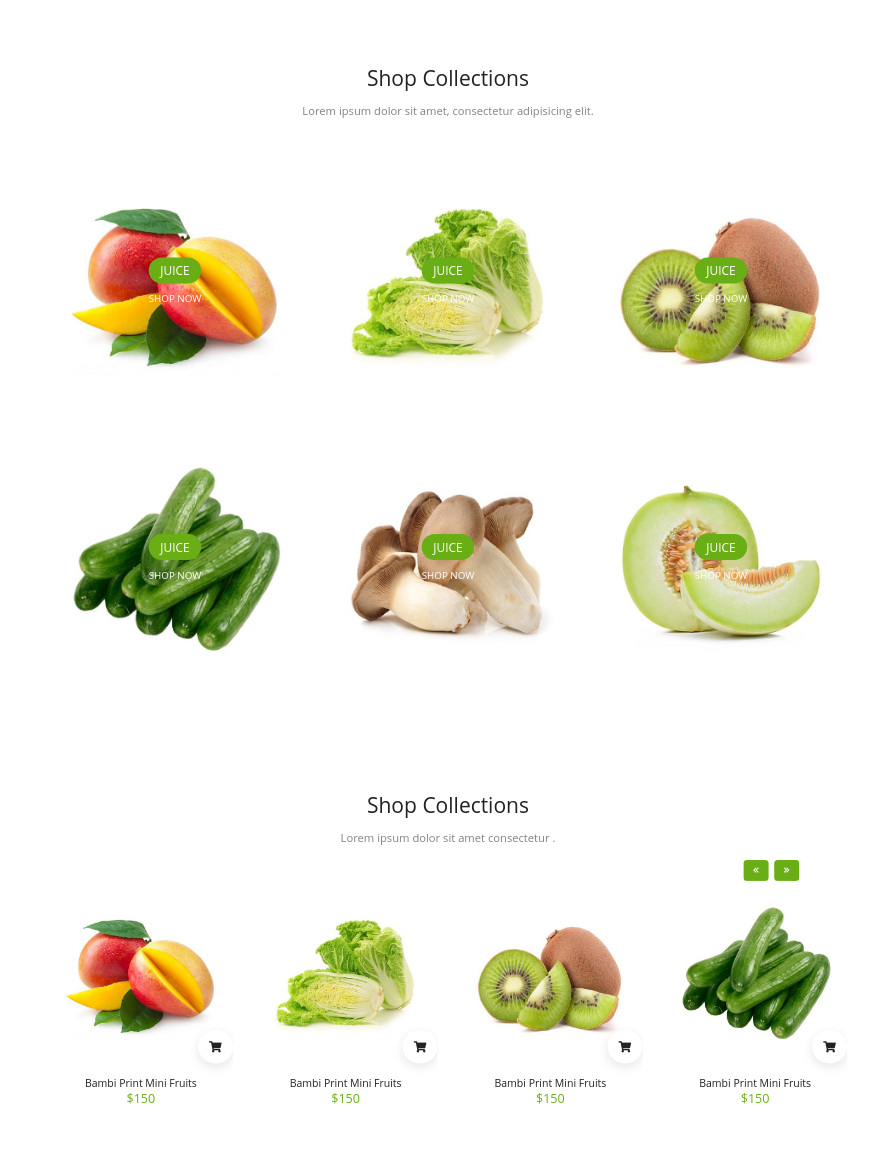
Repository: hoanggiainfomation/hoanggiainfomation.github.io
Page: index.html
An editor plug-in stored every save of this project. The page is shown before and after the next save, followed by the edit.
The browser window is 1280 px wide. The pictures show the part of the page from y = 728 to 2648 px (the page is 2370 px tall before and 2648 px after), at 70% of full size.
Some web libraries are served in a nearby version.

Above is the page before, as saved 2021-08-17 21:50:18.

### index.html
<!DOCTYPE html>
<html lang="en">
  <head>
    <meta charset="UTF-8" />
    <meta name="viewport" content="width=device-width, initial-scale=1.0" />
    <!-- Favicon -->
    <link rel="shortcut icon" href="./images/favicon.png" type="image/png" />
    <!-- Font Awesome -->
    <link
      rel="stylesheet"
      href="https://cdnjs.cloudflare.com/ajax/libs/font-awesome/5.15.1/css/all.min.css"
    />
    <!-- ======== Swiper Js ======= -->
    <link
      rel="stylesheet"
      href="https://cdnjs.cloudflare.com/ajax/libs/Swiper/6.7.5/swiper-bundle.min.css"
    />

    <!-- Boxicons -->
    <link
      href="https://unpkg.com/boxicons@2.0.8/css/boxicons.min.css"
      rel="stylesheet"
    />
    <!-- Custom StyleSheet -->
    <link rel="stylesheet" href="./styles.css" />
    <title>Codevo - Ecommerce Website</title>
  </head>
  <body>
    <!-- Navigation -->
    <nav class="nav">
      <div class="wrapper container">
        <div class="logo">
          <a href="">
            <img src="./images/logo.png" alt="" />
          </a>
        </div>
        <ul class="nav-list show">
          <div class="top">
            <label for="" class="btn close-btn"
              ><i class="fas fa-times"></i
            ></label>
          </div>
          <li><a href="index.html">Home</a></li>
          <li><a href="products.html">Products</a></li>
          <li>
            <a href="" class="desktop-item"
              >Shop <span><i class="fas fa-chevron-down"></i></span
            ></a>
            <input type="checkbox" id="showMega" />
            <label for="showMega" class="mobile-item"
              >Shop <span><i class="fas fa-chevron-down"></i></span
            ></label>
            <div class="mega-box">
              <div class="content">
                <div class="row">
                  <img src="./images/nav.png" alt="" />
                </div>
                <div class="row">
                  <header>Shop Layout</header>
                  <ul class="mega-links">
                    <li><a href="#">Shop With Background</a></li>
                    <li><a href="#">Shop Mini Categories</a></li>
                    <li><a href="#">Shop Only Categories</a></li>
                    <li><a href="#">Shop Icon Categories</a></li>
                  </ul>
                </div>
                <div class="row">
                  <header>Filter Layout</header>
                  <ul class="mega-links">
                    <li><a href="#">Sidebar</a></li>
                    <li><a href="#">Filter Default</a></li>
                    <li><a href="#">Filter Drawer</a></li>
                    <li><a href="#">Filter Dropdown</a></li>
                  </ul>
                </div>
                <div class="row">
                  <header>Product Layout</header>
                  <ul class="mega-links">
                    <li><a href="#">Layout Zoom</a></li>
                    <li><a href="#">Layout Sticky</a></li>
                    <li><a href="#">Layout Sticky 2</a></li>
                    <li><a href="#">Layout Scroll</a></li>
                  </ul>
                </div>
              </div>
            </div>
          </li>
          <li><a href="">Blog</a></li>
          <li>
            <a href="" class="desktop-item"
              >Vendors <span><i class="fas fa-chevron-down"></i></span
            ></a>
            <input type="checkbox" id="showdrop1" />
            <label for="showdrop1" class="mobile-item"
              >Vendors <span><i class="fas fa-chevron-down"></i></span
            ></label>
            <ul class="drop-menu1">
              <li><a href="">Vendor Store listings</a></li>
              <li><a href="">Store Details</a></li>
            </ul>
          </li>

          <li>
            <a href="" class="desktop-item"
              >Page <span><i class="fas fa-chevron-down"></i></span
            ></a>
            <input type="checkbox" id="showdrop2" />
            <label for="showdrop2" class="mobile-item"
              >Page <span><i class="fas fa-chevron-down"></i></span
            ></label>
            <ul class="drop-menu2">
              <li><a href="">About</a></li>
              <li><a href="">Contact</a></li>
              <li><a href="">Faq</a></li>
              <li><a href="">Page 404</a></li>
            </ul>
          </li>
          <!-- icons -->
          <li class="icons">
            <a href="cart.html">
              <span>
                <img src="./images/shoppingBag.svg" alt="" />
                <small class="count d-flex">0</small>
              </span>
            </a>
            <span><img src="./images/search.svg" alt="" /></span>
          </li>
        </ul>
        <label for="" class="btn open-btn"><i class="fas fa-bars"></i></label>
      </div>
    </nav>
    <!-- Hero -->
    <div class="hero">
      <div class="row">
        <!-- Swiper -->
        <div class="swiper-container slider-1">
          <div class="swiper-wrapper">
            <div class="swiper-slide">
              <img src="./images/hero-1.png" alt="" />
              <div class="content">
                <h1>
                  Super market vegbox
                  <br />
                  start from
                  <span>$9</span>
                </h1>
                <p>
                  Lorem, ipsum dolor sit amet consectetur adipisicing elit. Ad
                  facilis architecto iste quidem maiores debitis laboriosam eum
                  cupiditate tempore cum distinctio alias vero, quasi sequi,
                  neque quisquam. Id, necessitatibus culpa.
                </p>
                <a href="">Shop Now</a>
              </div>
            </div>
            <div class="swiper-slide">
              <img src="./images/hero-2.png" alt="" />
              <div class="content">
                <h1>
                  You first Order
                  <br />
                  start from
                  <span>20% off</span>
                  at Juice
                </h1>
                <p>
                  Lorem, ipsum dolor sit amet consectetur adipisicing elit. Ad
                  facilis architecto iste quidem maiores debitis laboriosam eum
                  cupiditate tempore cum distinctio alias vero, quasi sequi,
                  neque quisquam. Id, necessitatibus culpa.
                </p>
                <a href="">Shop Now</a>
              </div>
            </div>
            <div class="swiper-slide">
              <img src="./images/hero-3.png" alt="" />
              <div class="content">
                <h1>
                  Super market vegbox
                  <br />
                  start from
                  <span>$9</span>
                </h1>
                <p>
                  Lorem, ipsum dolor sit amet consectetur adipisicing elit. Ad
                  facilis architecto iste quidem maiores debitis laboriosam eum
                  cupiditate tempore cum distinctio alias vero, quasi sequi,
                  neque quisquam. Id, necessitatibus culpa.
                </p>
                <a href="">Shop Now</a>
              </div>
            </div>
          </div>
          <!-- <div class="swiper-button-next"></div>
        <div class="swiper-button-prev"></div> -->
        </div>
      </div>
      <!-- Carousel Navigation -->
      <div class="arrows d-flex">
        <div class="swiper-prev d-flex">
          <i class="bx bx-chevrons-left swiper-icon"></i>
        </div>
        <div class="swiper-next d-flex">
          <i class="bx bx-chevrons-right swiper-icon"></i>
        </div>
      </div>
    </div>
    <!-- Collertions -->
    <section class="section collection">
      <div class="title">
        <h2>Shop Collections</h2>
        <span>Lorem ipsum dolor sit amet, consectetur adipisicing elit.</span>
      </div>
      <div class="collection-layout container">
        <div class="collection-item">
          <img src="./images/product-1.jpg" alt="" />
          <div class="collection-content">
            <h3>JUICE</h3>
            <a href="">SHOP NOW</a>
          </div>
        </div>
        <div class="collection-item">
          <img src="./images/product-2.jpg" alt="" />
          <div class="collection-content">
            <h3>JUICE</h3>
            <a href="">SHOP NOW</a>
          </div>
        </div>
        <div class="collection-item">
          <img src="./images/product-3.jpg" alt="" />
          <div class="collection-content">
            <h3>JUICE</h3>
            <a href="">SHOP NOW</a>
          </div>
        </div>
        <div class="collection-item">
          <img src="./images/product-4.jpg" alt="" />
          <div class="collection-content">
            <h3>JUICE</h3>
            <a href="">SHOP NOW</a>
          </div>
        </div>
        <div class="collection-item">
          <img src="./images/product-5.jpg" alt="" />
          <div class="collection-content">
            <h3>JUICE</h3>
            <a href="">SHOP NOW</a>
          </div>
        </div>
        <div class="collection-item">
          <img src="./images/product-6.jpg" alt="" />
          <div class="collection-content">
            <h3>JUICE</h3>
            <a href="">SHOP NOW</a>
          </div>
        </div>
      </div>
    </section>
    <!-- Featured Section -->
    <section class="section featured">
      <div class="title">
        <h2>Shop Collections</h2>
        <span>Lorem ipsum dolor sit amet consectetur .</span>
      </div>
      <div class="row container">
        <div class="swiper-container slider-2">
          <div class="swiper-wrapper">
            <div class="swiper-slide">
              <div class="product">
                <div class="img-container">
                  <img src="./images/product-1.jpg" alt="" />
                  <div class="addCart">
                    <i class="fas fa-shopping-cart"></i>
                  </div>
                  <ul class="side-icons">
                    <span><i class="fas fa-search"></i></span>
                    <span><i class="fas fa-heart"></i></span>
                    <span><i class="fas fa-sliders-h"></i></span>
                  </ul>
                </div>
                <div class="bottom">
                  <a href="productDetails.html">Bambi Print Mini Fruits</a>
                  <div class="price">
                    <span>$150</span>
                  </div>
                </div>
              </div>
            </div>
            <div class="swiper-slide">
              <div class="product">
                <div class="img-container">
                  <img src="./images/product-2.jpg" alt="" />
                  <div class="addCart">
                    <i class="fas fa-shopping-cart"></i>
                  </div>
                  <ul class="side-icons">
                    <span><i class="fas fa-search"></i></span>
                    <span><i class="fas fa-heart"></i></span>
                    <span><i class="fas fa-sliders-h"></i></span>
                  </ul>
                </div>
                <div class="bottom">
                  <a href="productDetails.html">Bambi Print Mini Fruits</a>
                  <div class="price">
                    <span>$150</span>
                  </div>
                </div>
              </div>
            </div>
            <div class="swiper-slide">
              <div class="product">
                <div class="img-container">
                  <img src="./images/product-3.jpg" alt="" />
                  <div class="addCart">
                    <i class="fas fa-shopping-cart"></i>
                  </div>
                  <ul class="side-icons">
                    <span><i class="fas fa-search"></i></span>
                    <span><i class="fas fa-heart"></i></span>
                    <span><i class="fas fa-sliders-h"></i></span>
                  </ul>
                </div>
                <div class="bottom">
                  <a href="productDetails.html">Bambi Print Mini Fruits</a>
                  <div class="price">
                    <span>$150</span>
                  </div>
                </div>
              </div>
            </div>
            <div class="swiper-slide">
              <div class="product">
                <div class="img-container">
                  <img src="./images/product-4.jpg" alt="" />
                  <div class="addCart">
                    <i class="fas fa-shopping-cart"></i>
                  </div>
                  <ul class="side-icons">
                    <span><i class="fas fa-search"></i></span>
                    <span><i class="fas fa-heart"></i></span>
                    <span><i class="fas fa-sliders-h"></i></span>
                  </ul>
                </div>
                <div class="bottom">
                  <a href="productDetails.html">Bambi Print Mini Fruits</a>
                  <div class="price">
                    <span>$150</span>
                  </div>
                </div>
              </div>
            </div>
          </div>
        </div>
      </div>
      <!-- Featured Navigation -->
      <div class="arrows d-flex">
        <div class="custom-prev d-flex">
          <i class="bx bx-chevrons-left swiper-icon"></i>
        </div>
        <div class="custom-next d-flex">
          <i class="bx bx-chevrons-right swiper-icon"></i>
        </div>
      </div>
    </div>
    </section>
    <!-- ======== SwiperJS ======= -->
    <script src="https://cdnjs.cloudflare.com/ajax/libs/Swiper/6.7.5/swiper-bundle.min.js"></script>
    <!-- Custom Scripts -->
    <script src="./js/slider.js"></script>
    <script src="./js/index.js"></script>
  </body>
</html>

Loaded but not shown: js/slider.js (32 lines, source omitted); js/index.js (10 lines, source omitted); styles.css (747 lines, source omitted)

After the next save:
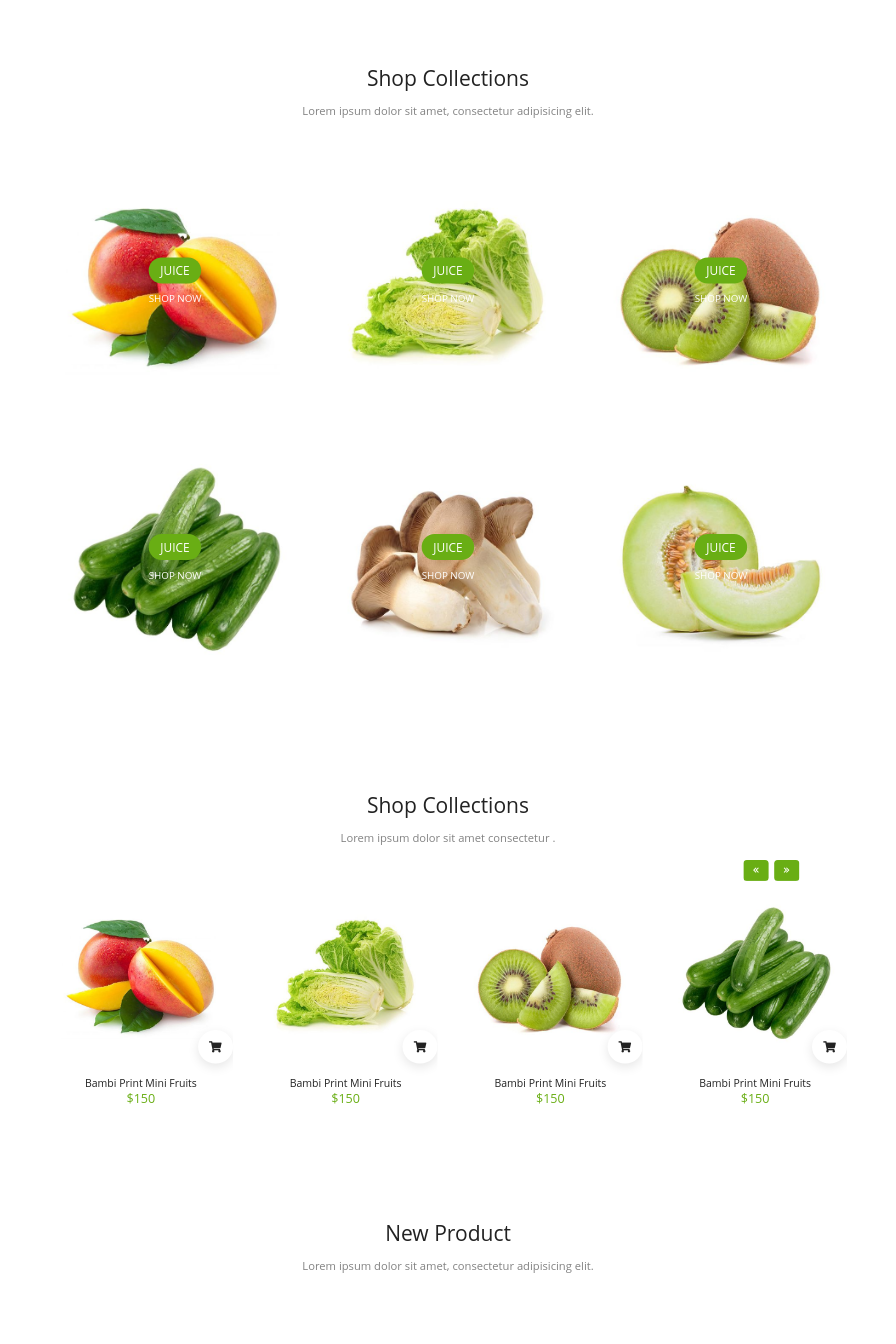
Saved 12 min 4 s later.
--- a/index.html
+++ b/index.html
@@ -363,6 +363,13 @@
       </div>
     </div>
     </section>
+    <!-- Product -->
+    <section class="section products">
+      <div class="title">
+        <h2>New Product</h2>
+        <span>Lorem ipsum dolor sit amet, consectetur adipisicing elit.</span>
+      </div>
+    </section>
     <!-- ======== SwiperJS ======= -->
     <script src="https://cdnjs.cloudflare.com/ajax/libs/Swiper/6.7.5/swiper-bundle.min.js"></script>
     <!-- Custom Scripts -->
